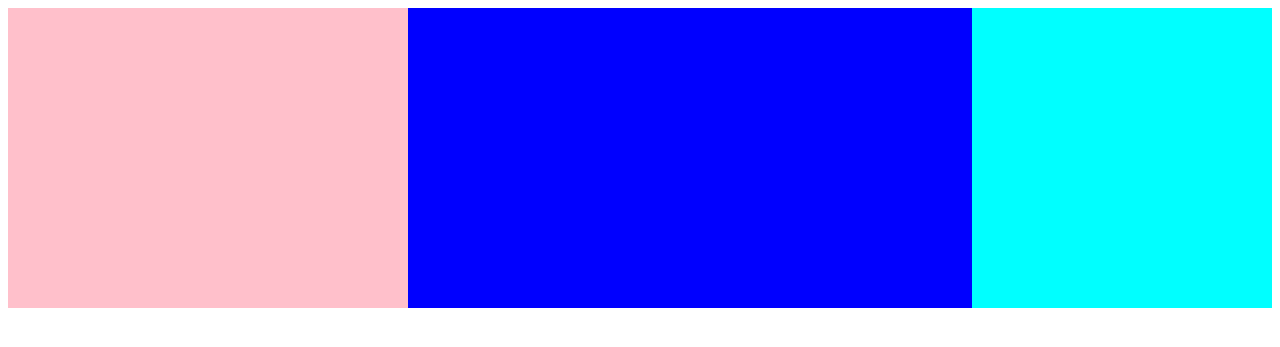
Repository: MMXiaohang/frontend-interview-coding
Page: 17.三栏布局.html
These files come from the project's save history. The page is drawn as it stood at one moment and after the next save; the edit follows.
The browser window is 1280 px wide. The pictures show the whole page.

Above is the page before, as saved 2022-03-31 17:01:54.

After the next save:
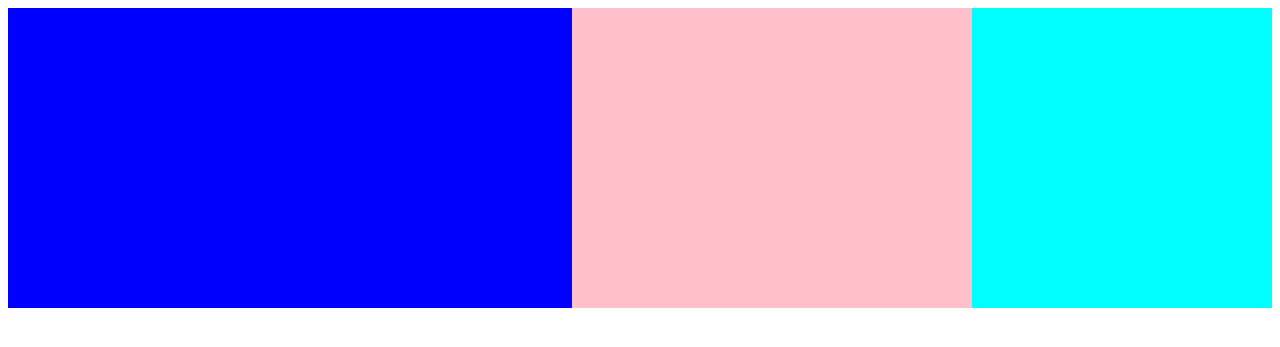
Saved 25 min 21 s later.
--- a/17.三栏布局.html
+++ b/17.三栏布局.html
@@ -38,8 +38,8 @@
 </head>
 <body>
     <div id="container">
+        <div id="center"></div>
         <div id="left"></div>
-        <div id="center"></div>
         <div id="right"></div>
     </div>
 </body>
